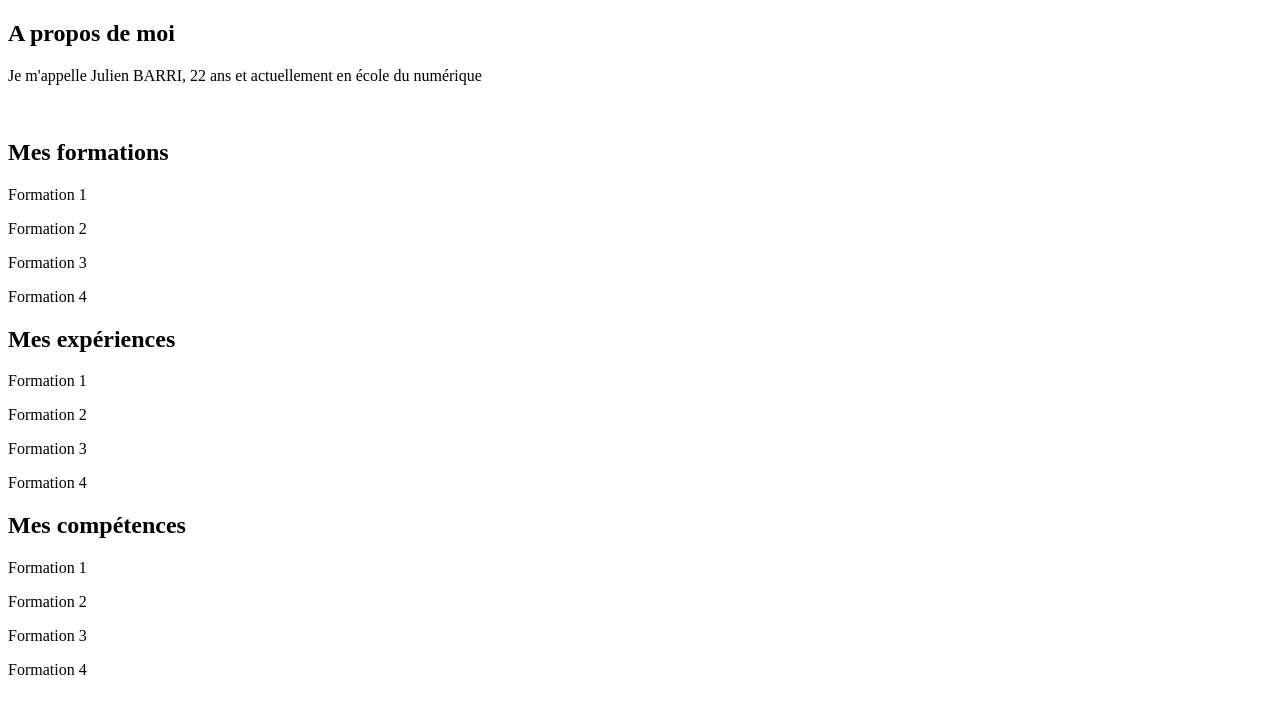
Repository: barridev/cours_devops.github.io
Page: index.html
The author's editor kept a copy of each file at every save. The page is drawn from the files as they stood at one save, then again after the next save.
The browser window is 1280 px wide. The pictures show the whole page.

Above is the page before, as saved 2022-06-13 14:58:53.

### index.html
<!DOCTYPE html>
<html lang="en">

<head>
    <meta charset="UTF-8">
    <meta http-equiv="X-UA-Compatible" content="IE=edge">
    <meta name="viewport" content="width=device-width, initial-scale=1.0">
    <title>Document</title>
</head>

<body>
    <section>
        <h1>A propos de moi</h1>
        <p>Je m'appelle Julien BARRI, 22 ans et actuellement en école du numérique</p>
        <img src="" alt="">
    </section>

    <section>
        <h2> Mes formations </h2>
        <p>Formation 1</p>
        <p>Formation 2</p>
        <p>Formation 3</p>
        <p>Formation 4</p>
    </section>

    <section>
        <h2> Mes expériences </h2>
        <p>Formation 1</p>
        <p>Formation 2</p>
        <p>Formation 3</p>
        <p>Formation 4</p>
    </section>

    <section>
        <h2> Mes compétences</h2>
        <p>Formation 1</p>
        <p>Formation 2</p>
        <p>Formation 3</p>
        <p>Formation 4</p>
    </section>

</body>

</html>

After the next save:
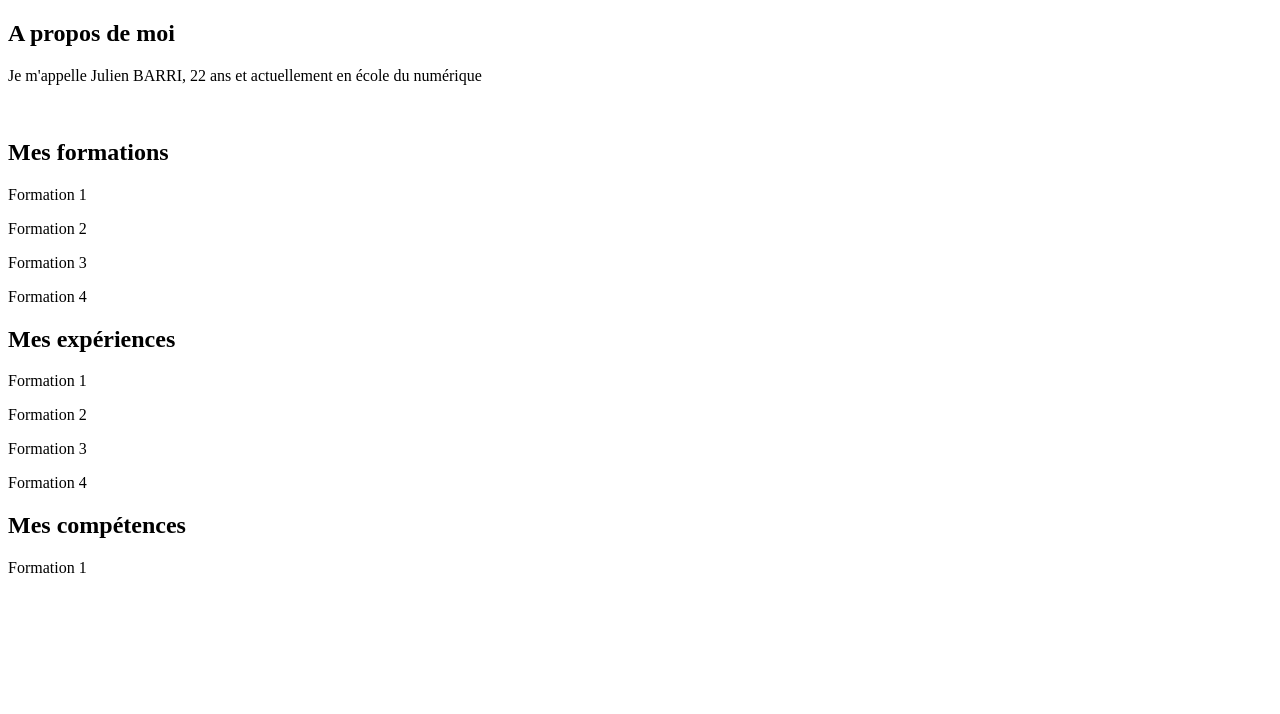
Saved 8 s later.
--- a/index.html
+++ b/index.html
@@ -34,9 +34,7 @@
     <section>
         <h2> Mes compétences</h2>
         <p>Formation 1</p>
-        <p>Formation 2</p>
-        <p>Formation 3</p>
-        <p>Formation 4</p>
+
     </section>
 
 </body>
